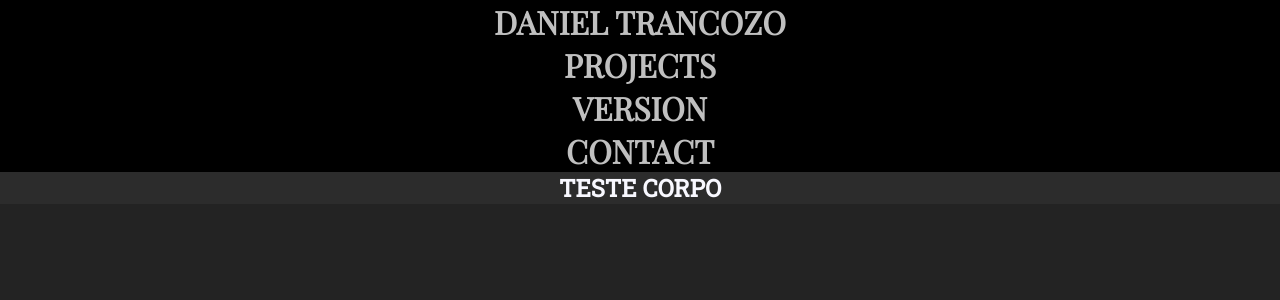
Repository: danieltrancozo/danieltrancozo.github.io
Page: index.html
These files come from the project's save history. The page is drawn as it stood at one moment and after the next save; the edit follows.
The browser window is 1280 px wide. The pictures show the whole page.

Above is the page before, as saved 2021-05-04 22:54:12.

After the next save:
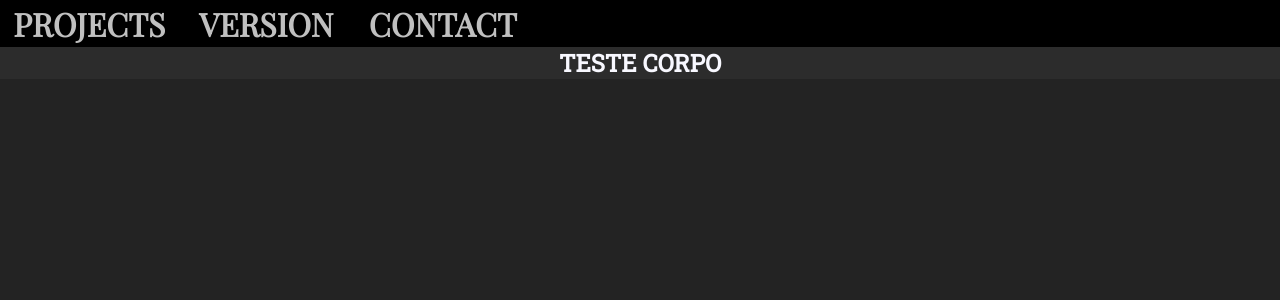
Saved 20 s later.
--- a/index.html
+++ b/index.html
@@ -18,12 +18,13 @@
     <div class="container">
         <div class="cab">
             <h1 style="text-transform: uppercase;">
-                <div class="menu">
-                    <div class="td" id="td1">Daniel Trancozo</div>
-                    <div class="td" id="td2">projects</div>
-                    <div class="td" id="td3">version</div>
-                    <div class="td" id="td4">contact</div>
-                </div>
+                <table class="menu">
+                    <tr>
+                        <td>projects</td>
+                        <td>version</td>
+                        <td>contact</td>
+                    </tr>
+                </table>
             </h1>
         </div>
         <div class="corp">
